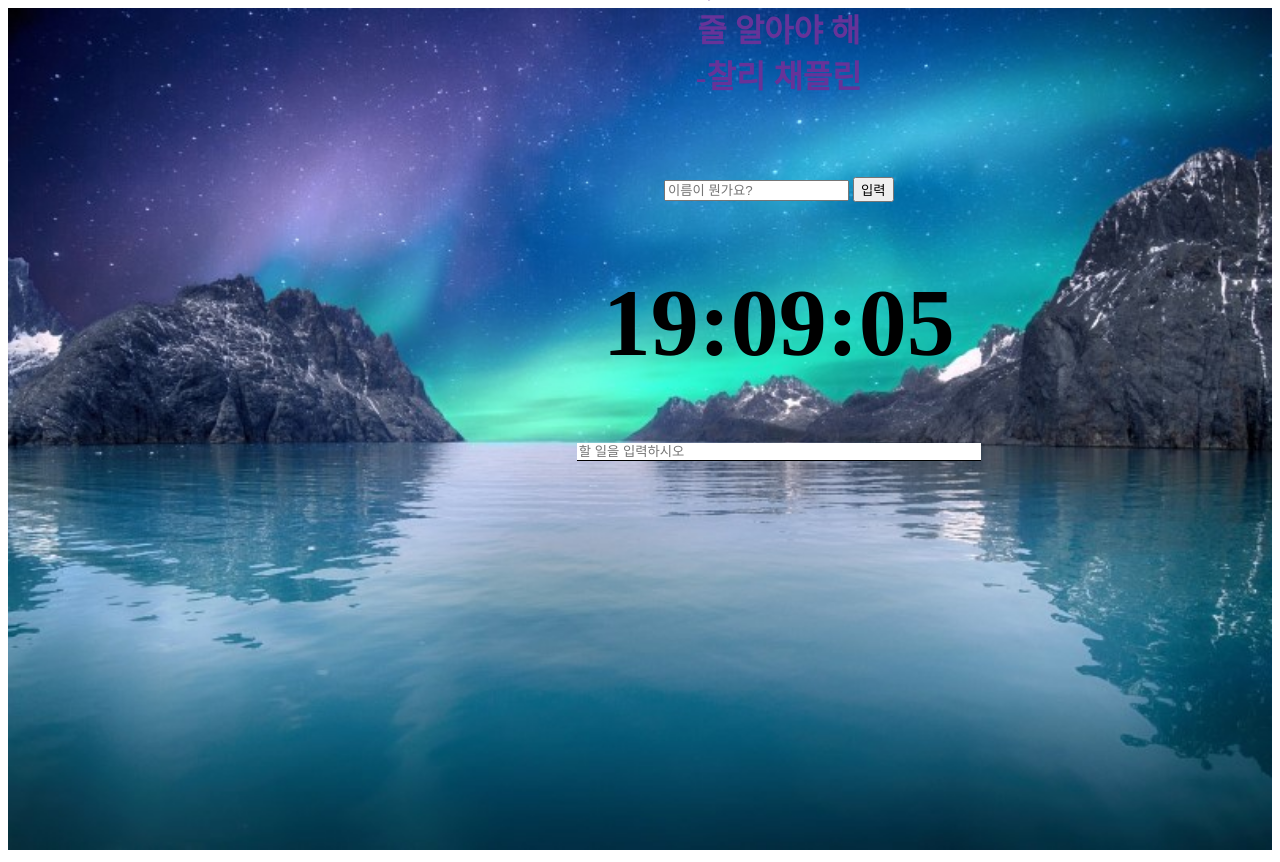
Repository: jun01270/F-E-practice
Page: index.html
These files come from the project's save history. The page is drawn as it stood at one moment and after the next save; the edit follows.
The browser window is 1280 px wide. The pictures show the whole page.

Above is the page before, as saved 2023-01-10 19:19:17.

### index.html
<!DOCTYPE html>
<html lang="en">
  <head>
    <meta charset="UTF-8" />
    <meta http-equiv="X-UA-Compatible" content="IE=edge" />
    <meta name="viewport" content="width=device-width, initial-scale=1.0" />
    <link rel="stylesheet" href="/css/style.css" />
    <title>Document</title>
  </head>
  <body>
    <div id="all">
      <form id="userName-form" class="hidden">
        <input required type="text" placeholder="이름이 뭔가요?" />
        <input type="submit" value="입력" />
      </form>
      <h1 id="result"></h1>
      <h1 id="clock">00:00:00</h1>
      <form id="todo-form">
        <input id="input-blank" type="text" placeholder="할 일을 입력하시오" />
      </form>
      <ul id="todo-list"></ul>
      <div id="quote">
        <span></span>
        <div></div>
      </div>
    </div>
    <script src="/js/greeting.js"></script>
    <script src="/js/clock.js"></script>
    <script src="/js/quotes.js"></script>
    <script src="/js/background.js"></script>
    <script src="js/todo.js"></script>
    <script src="/js/weather.js"></script>
  </body>
</html>

### css/style.css
.hidden {
  display: none;
}

#background {
  width: 100%;
  height: 100%;
  padding: 0;
}

body {
  position: relative;
}

#all {
  position: absolute;
  top: 20%;
  left: 45%;
  text-align: center;
}

#clock {
  font-size: 600%;
}

#input-blank {
  width: 400px;
  border-top: none;
  border-left: none;
  border-right: none;
  border-bottom: 1px solid black;
}

#todo-list {
  color: yellow;
}

#quote {
  position: absolute;
  bottom: 380px;
  color: rebeccapurple;
  font-size: xx-large;
  font-weight: bold;
}

#input-blank {
  background-color: linear-gradient(to top, yellow, lightGreen);
}

#todo-list {
  list-style: none;
}

### js/greeting.js
const userNameBtn = document.querySelector("#userName-form submit");
const userName = document.querySelector("#userName-form input");
const loginForm = document.querySelector("#userName-form");
const firstH1 = document.getElementById("result");
const SavedUserName = localStorage.getItem("username");
const HIDDEN_CLASSNAME = "hidden";

function loginResult(e) {
  e.preventDefault();
  loginForm.classList.add(HIDDEN_CLASSNAME);
  const userName1 = userName.value;
  localStorage.setItem("username", userName1);
  paintUserName();
}

function paintUserName() {
  const userName1 = localStorage.getItem("username");
  firstH1.innerText = `Hello ${userName1}`;
  firstH1.classList.remove(HIDDEN_CLASSNAME);
}

if (SavedUserName === null) {
  loginForm.classList.remove(HIDDEN_CLASSNAME);
  loginForm.addEventListener("submit", loginResult);
} else {
  paintUserName();
}

function deleteUserName() {
  localStorage.removeItem("username");
  location.reload();
}

### js/clock.js
const all = document.querySelector("div#all");
const clock = all.querySelector("h1#clock");

function getClock() {
  const date = new Date();
  let Hours = String(date.getHours()).padStart(2, "0");
  let Minutes = String(date.getMinutes()).padStart(2, "0");
  let Seconds = String(date.getSeconds()).padStart(2, "0");
  // console.log(`${date.getHours()}:${date.getMinutes()}:${date.getSeconds()}`);
  clock.innerText = `${Hours}:${Minutes}:${Seconds}`;
}

getClock();
setInterval(getClock, 1000);

### js/quotes.js
const quotes = [
  {
    quote: "삶이 있는 한 희망은 있다",
    author: "-키케로",
  },
  {
    quote: "산다는것 그것은 치열한 전투이다.",
    author: "-로망로랑",
  },
  {
    quote: "하루에 3시간을 걸으면 7년 후에 지구를 한바퀴 돌 수 있다. ",
    author: "-사무엘존슨",
  },
  {
    quote: "언제나 현재에 집중할수 있다면 행복할것이다. ",
    author: "-파울로 코엘료",
  },
  {
    quote:
      "진정으로 웃으려면 고통을 참아야하며 , 나아가 고통을 즐길 줄 알아야 해 ",
    author: "-찰리 채플린",
  },
  {
    quote: "직업에서 행복을 찾아라. 아니면 행복이 무엇인지 절대 모를 것이다 ",
    author: "-엘버트 허버드",
  },
  {
    quote: "신은 용기있는자를 결코 버리지 않는다 ",
    author: "-켄러",
  },
  {
    quote: "피할수 없으면 즐겨라 ",
    author: "–로버트 엘리엇",
  },
];
const quoteCount = quotes.length;
const quote = document.querySelector("#quote span");
const author = document.querySelector("#quote div");

function showQuote() {
  const todaysQuote = quotes[Math.floor(Math.random() * quoteCount)];
  quote.innerText = todaysQuote.quote;
  author.innerText = todaysQuote.author;
}

showQuote();
setInterval(showQuote, 5000);

### js/background.js
const images = ["moon.jpg", "river.jpg", "orora.jpg"];
const chosenImage = images[Math.floor(Math.random() * images.length)];
const bgImage = document.createElement("img");
const content = document.getElementById("wrapper");
bgImage.id = "background";

bgImage.src = `img/${chosenImage}`;

document.body.appendChild(bgImage);
// bgImage.appendChild(content);

console.log(content);

### js/todo.js
const toDoForm = document.getElementById("todo-form");
const toDoInput = document.querySelector("#todo-form input");
const toDoLists = document.getElementById("todo-list");
const toDoId = document.querySelector("ul#todo-list li");
const TODOS_KEY = "todos";
let toDos = [];

function saveToDoLists() {
  localStorage.setItem(TODOS_KEY, JSON.stringify(toDos));
}

function deleteToDo(e) {
  const toDoList = e.target.parentNode;
  toDoList.remove();
  toDos = toDos.filter((toDo) => toDo.id !== parseInt(toDoList.id));
  saveToDoLists();
}

function paintToDo(newToDoObj) {
  const listOfToDo = document.createElement("li");
  listOfToDo.id = newToDoObj.id;
  const span = document.createElement("span");
  span.innerText = newToDoObj.text;
  const deleteButton = document.createElement("button");
  deleteButton.innerText = "❌";
  deleteButton.addEventListener("click", deleteToDo);
  listOfToDo.appendChild(span);
  listOfToDo.appendChild(deleteButton);
  toDoLists.appendChild(listOfToDo);
}

function handleToDoSubmit(e) {
  e.preventDefault();
  const newToDo = toDoInput.value;
  toDoInput.value = "";
  const newToDoObj = {
    text: newToDo,
    id: toDos.length + 1,
  };
  toDos.push(newToDoObj);
  paintToDo(newToDoObj);
  saveToDoLists();
}

toDoForm.addEventListener("submit", handleToDoSubmit);

const getToDo = localStorage.getItem(TODOS_KEY);
if (getToDo !== null) {
  const parseToDo = JSON.parse(getToDo);
  toDos = parseToDo;
  parseToDo.forEach(paintToDo);
}

### js/weather.js
const API_KEY = "fbf7375beaa21a73574692bdaef4a2e7";

function onGeoSuc(position) {
  const lat = position.coords.latitude;
  const lon = position.coords.longitude;
  console.log("Your position is", lat, lon);
  const url = `https://api.openweathermap.org/geo/1.0/reverse?lat=${lat}&lon=${lon}&limit={limit}&appid=${API_KEY}`;
  console.log(url);
}

function onGeoErr() {
  alert("위치를 찾을 수 없습니다.");
}
navigator.geolocation.getCurrentPosition(onGeoSuc, onGeoErr);

After the next save:
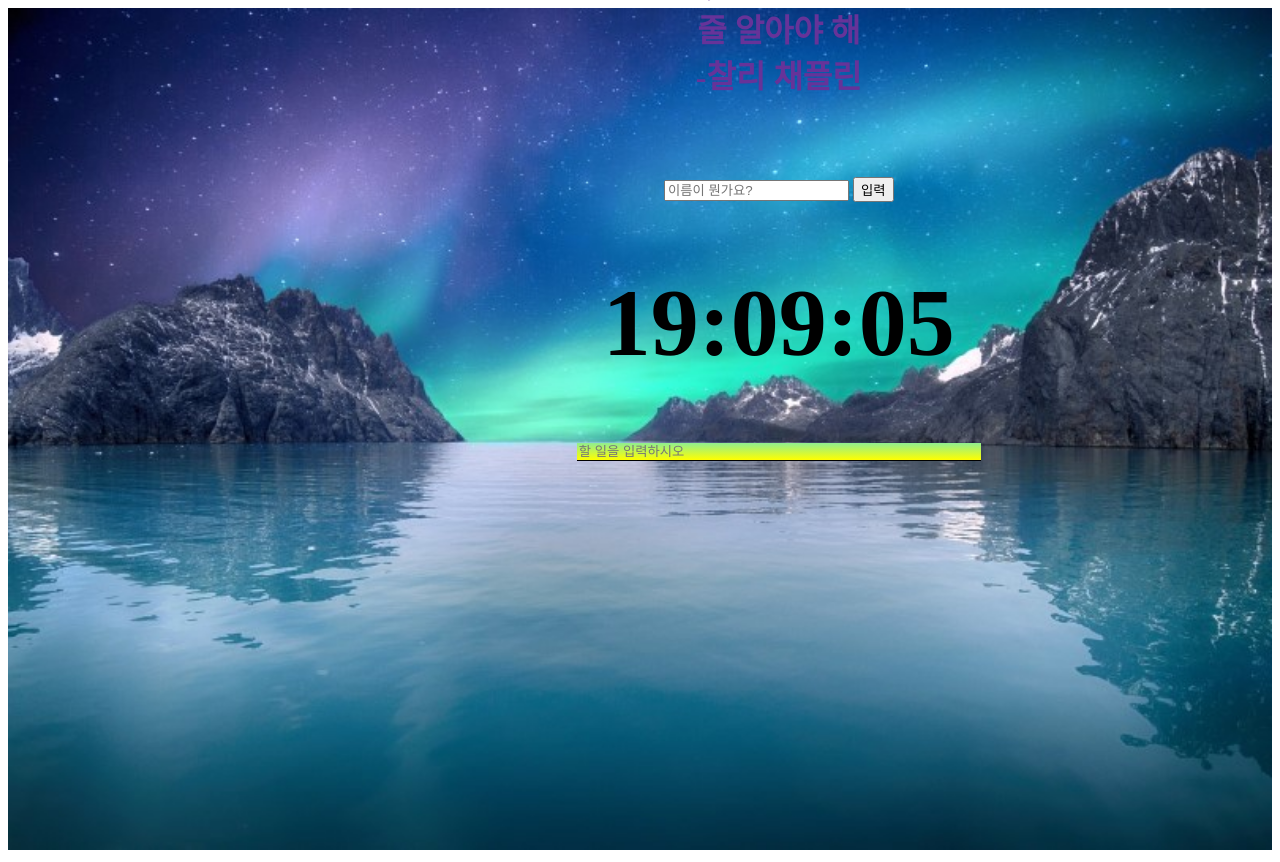
Saved 13 s later.
--- a/css/style.css
+++ b/css/style.css
@@ -44,7 +44,7 @@ body {
 }
 
 #input-blank {
-  background-color: linear-gradient(to top, yellow, lightGreen);
+  background: linear-gradient(to top, yellow, lightGreen);
 }
 
 #todo-list {
